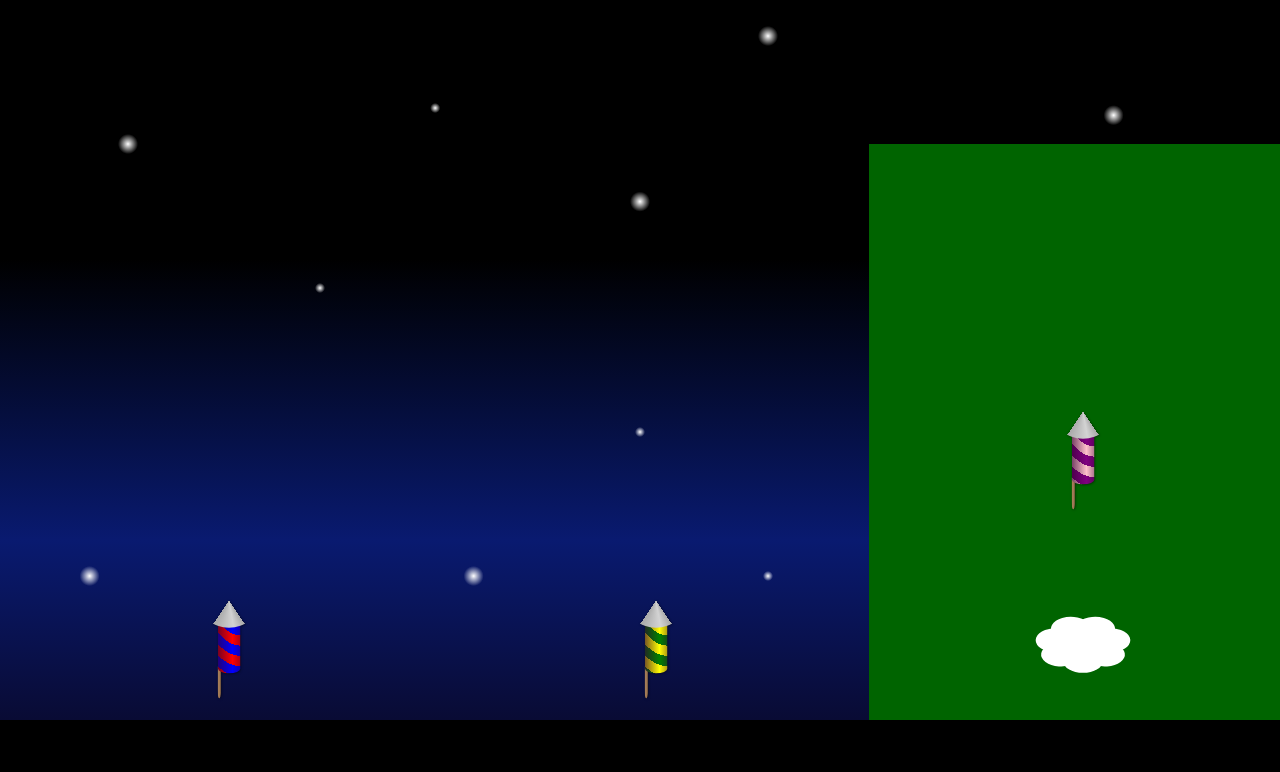
Repository: juliandecloe/CSS-To-The-Rescue---Julian-de-Cloe
Page: index.html
These files come from the project's save history. The page is drawn as it stood at one moment and after the next save; the edit follows.
The browser window is 1280 px wide. The pictures show the whole page.

Above is the page before, as saved 2022-03-10 17:32:47.

### index.html
<!DOCTYPE html>
<html lang="en">
	<head>
		<meta charset="UTF-8">
		<meta name="viewport" content="width=device-width, initial-scale=1.0">
		<title>The Anticlimax Fireworkshow!</title>
		<link rel="stylesheet" href="style.css">
	</head>
	<body>
		<input id="left" type="checkbox">
		<input id="middle" type="checkbox">
		<input id="right" type="checkbox">
		<main>
			<section>
				<label for="left">
					<figure></figure>
					<figure></figure>
					<figure></figure>
				</label>
				<ul>
					<li>
						<ul>
							<li></li>
							<li></li>
							<li></li>
							<li></li>
							<li></li>
						</ul>
					</li>
					<li>
						<ul>
							<li></li>
							<li></li>
							<li></li>
							<li></li>
							<li></li>
						</ul>
					</li>
					<li>
						<ul>
							<li></li>
							<li></li>
							<li></li>
							<li></li>
							<li></li>
						</ul>
					</li>
					<li>
						<ul>
							<li></li>
							<li></li>
							<li></li>
							<li></li>
							<li></li>
						</ul>
					</li>
					<li>
						<ul>
							<li></li>
							<li></li>
							<li></li>
							<li></li>
							<li></li>
						</ul>
					</li>
					<li>
						<ul>
							<li></li>
							<li></li>
							<li></li>
							<li></li>
							<li></li>
						</ul>
					</li>
					<li>
						<ul>
							<li></li>
							<li></li>
							<li></li>
							<li></li>
							<li></li>
						</ul>
					</li>
					<li>
						<ul>
							<li></li>
							<li></li>
							<li></li>
							<li></li>
							<li></li>
						</ul>
					</li>
					<li>
						<ul>
							<li></li>
							<li></li>
							<li></li>
							<li></li>
							<li></li>
						</ul>
					</li>
					<li>
						<ul>
							<li></li>
							<li></li>
							<li></li>
							<li></li>
							<li></li>
						</ul>
					</li>
					<li>
						<ul>
							<li></li>
							<li></li>
							<li></li>
							<li></li>
							<li></li>
						</ul>
					</li>
					<li>
						<ul>
							<li></li>
							<li></li>
							<li></li>
							<li></li>
							<li></li>
						</ul>
					</li>
				</ul>
			</section>
			<section>
				<label for="middle">
					<figure></figure>
					<figure></figure>
					<figure></figure>
				</label>
				<ul>
					<li>
						<ul>
							<li></li>
							<li></li>
							<li></li>
							<li></li>
							<li></li>
						</ul>
					</li>
					<li>
						<ul>
							<li></li>
							<li></li>
							<li></li>
							<li></li>
							<li></li>
						</ul>
					</li>
					<li>
						<ul>
							<li></li>
							<li></li>
							<li></li>
							<li></li>
							<li></li>
						</ul>
					</li>
					<li>
						<ul>
							<li></li>
							<li></li>
							<li></li>
							<li></li>
							<li></li>
						</ul>
					</li>
					<li>
						<ul>
							<li></li>
							<li></li>
							<li></li>
							<li></li>
							<li></li>
						</ul>
					</li>
					<li>
						<ul>
							<li></li>
							<li></li>
							<li></li>
							<li></li>
							<li></li>
						</ul>
					</li>
					<li>
						<ul>
							<li></li>
							<li></li>
							<li></li>
							<li></li>
							<li></li>
						</ul>
					</li>
					<li>
						<ul>
							<li></li>
							<li></li>
							<li></li>
							<li></li>
							<li></li>
						</ul>
					</li>
					<li>
						<ul>
							<li></li>
							<li></li>
							<li></li>
							<li></li>
							<li></li>
						</ul>
					</li>
					<li>
						<ul>
							<li></li>
							<li></li>
							<li></li>
							<li></li>
							<li></li>
						</ul>
					</li>
					<li>
						<ul>
							<li></li>
							<li></li>
							<li></li>
							<li></li>
							<li></li>
						</ul>
					</li>
					<li>
						<ul>
							<li></li>
							<li></li>
							<li></li>
							<li></li>
							<li></li>
						</ul>
					</li>
				</ul>
			</section>
			<section>
				<label for="right">
					<figure></figure>
					<figure></figure>
					<figure></figure>
				</label>
				<article>
					<ul>
						<li></li>
						<li></li>
						<li></li>
						<li></li>
						<li></li>
						<li></li>
						<li></li>
					</ul>
				</article>
			</section>
		</main>
	</body>
</html>

### style.css
/*========== GENERAL ==========*/

:root * {
	--hoekVar: calc(360deg / 12);
	--rotate: rotate(calc( var(--hoekVar) * var(--index) ));
	--hoekVar2: calc(360deg / 5);
	--rotate2: rotate(calc( var(--hoekVar2) * var(--index2) ));
	--star1: 5px;
	--star2: 3px;
}

@property --star1 {
	syntax: '<length>';
	inherits: false;
	initial-value: 0px;
}

@property --star2 {
	syntax: '<length>';
	inherits: false;
	initial-value: 0px;
}

* {
	padding: 0;
	margin: 0;
}

body, html {
	overflow: hidden;
}

html {
	background: linear-gradient(0deg, rgba(9,11,52,1) 0%, rgba(9,26,112,1) 25%, rgba(0,0,0,1) 64%, rgba(0,0,0,1) 100%);
}

@keyframes stars {
	0% {
		--star1: 5px;
	}
	100% {
		--star1: 10px;
	}
}

@keyframes stars2 {
	0% {
		--star2: 3px;
	}
	100% {
		--star2: 6px;
	}
}

body {
	background-position: center;
	background-image:
	radial-gradient(
		circle at
			10%
			20%,
		white,
		transparent var(--star1)
	),
	radial-gradient(
		circle at
			34%
			15%,
		white,
		transparent var(--star2)
	),
	radial-gradient(
		circle at
			50%
			60%,
		white,
		transparent var(--star2)
	),
	radial-gradient(
		circle at
			60%
			80%,
		white,
		transparent var(--star2)
	),
	radial-gradient(
		circle at
			25%
			40%,
		white,
		transparent var(--star2)
	),
	radial-gradient(
		circle at
			7%
			80%,
		white,
		transparent var(--star1)
	),
	radial-gradient(
		circle at
			87%
			16%,
		white,
		transparent var(--star1)
	),
	radial-gradient(
		circle at
			76%
			79%,
		white,
		transparent var(--star2)
	),
	radial-gradient(
		circle at
			90%
			90%,
		white,
		transparent var(--star1)
	),
	radial-gradient(
		circle at
			60%
			5%,
		white,
		transparent var(--star1)
	),
	radial-gradient(
		circle at
			72%
			32%,
		white,
		transparent var(--star2)
	),
	radial-gradient(
		circle at
			50%
			28%,
		white,
		transparent var(--star1)
	),
	radial-gradient(
		circle at
			37%
			80%,
		white,
		transparent var(--star1)
	),
	radial-gradient(
		circle at
			82%
			54%,
		white,
		transparent var(--star2)
	);
	animation:
	stars 1s linear alternate infinite,
	stars2 1.5s linear alternate infinite;
}

@media (prefers-reduced-motion) {
	body {
		animation-name: dissolve;
	}
}

main {
	display: flex;
	justify-content: center;
	align-items: end;
	width: 100vw;
	height: 100vh;
	padding-left: 1rem;
}

@media (max-width: 630px) {
	main {
		transform: scale(.5) translateY(50vh);
	}
}

section {
	display: grid;
	place-items: center;
	transition: 1s ease-out;
	width: 50vw;
}

@media (max-width: 630px) {
	section {
		width: 80vw;
	}
}

input {
	display: none;
}

/*========== FIRE ROCKET ==========*/

/*===== GENERAL =====*/

label {
	transform: scale(.3) translateY(50vh);
	z-index: 5;
	height: 350px;
	width: 120px;
	filter: drop-shadow(2px 2px 4px rgb(0,0,0,0.5));
	transition: 1s;
	cursor: pointer;
	animation: 1s
}

@media (max-width: 630px) {
	label {
		transform: scale(.5);
	}
}

section label > figure:first-child {
	border-radius: 50%;
	position: absolute;
	left: calc(50% - 55px);
	width: 110px;
	height: 130px;
	z-index: 3;
	clip-path: ellipse(90% 70% at center top);
	background-image:
		conic-gradient(
		at center top,
		transparent 146deg,
		darkgray 146deg,
		lightgray 170deg,
		darkgray 214deg,
		transparent 214deg
	);
}

section label figure:nth-child(2) {
	position: absolute;
	top: 83px;
	left: calc(50% - 37.5px);
	width: 75px;
	height: 160px;
	z-index: 2;
	background-size: 100% 100%, 600% 600%;
	background-position:left top, 40% -30%;
	border-radius: 0 0 50% 50% / 0 0 1em 1em;
}

section label > figure:nth-child(3) {
	position: absolute;
	background: #BA8C63;
	top: 220px;
	left: calc(50% - 37.5px);
	width: 10px;
	height: 110px;
	z-index: 1;
	box-shadow: inset -2px 0 8px rgb(0,0,0,0.5);
	clip-path: ellipse(10px 95px at 50% 10%);
}


/*===== COLOR ARROWS =====*/

section:first-child label figure:nth-child(2) {
	background-image:
		linear-gradient(
			to right,
			#303a 0%,
			transparent 65%,
			#3036 100%
		),
		repeating-radial-gradient(
			red 0 1em,
			blue 1em 2em
	);
}

section:nth-child(2) label figure:nth-child(2) {
	background-image:
		linear-gradient(
			to right,
			#303a 0%,
			transparent 65%,
			#3036 100%
		),
		repeating-radial-gradient(
			green 0 1em,
			yellow 1em 2em
		);
}

section:last-child label figure:nth-child(2) {
	background-image:
		linear-gradient(
			to right,
			#303a 0%,
			transparent 65%,
			#3036 100%
		),
		repeating-radial-gradient(
			pink 0 1em,
			purple 1em 2em
		);
}


/*========== FIRE WORK ==========*/

/*===== LAYER 1 =====*/

section > ul {
	list-style-type: none;
	position: absolute;
	width: 1rem;
	height: 1rem;
	display: grid;
	place-items: center;
	/* background-color: #ff4; */
}

section > ul > li {
	position: absolute;
	top: 50%;
	width: 40%;
	height: 1200%;
	transform-origin: center top;
	transform: var(--rotate);
	transition: .3s ease-out;
	transition-delay: 1s;
	display: flex;
	/* background-color: #f004; */
}

section:nth-child(2) > ul > li {
	position: absolute;
	top: 50%;
	width: 40%;
	height: 1200%;
	transform-origin: center top;
	transform: var(--rotate);
	transition: .3s ease-out;
	transition-delay: 1s;
	display: flex;
	/* background-color: #f004; */
}

section > ul > li::after {
	content: "";
	display: block;
	width: 100%;
	height: 50%;
	transition: .2s ease-out;
	transform-origin: center top;
	transform: scaleY(0);
	position: absolute;
}

/* Color */

section:first-child > ul > li::after {
	background-color: blue;
}

section:nth-child(2) > ul > li::after {
	background-color: green;
}

section:last-child > ul li::after {
	background-color: pink;
}


/*===== LAYER 2 =====*/

section > ul > li ul {
	list-style-type: none;
	position: relative;
	width: .5em;
	aspect-ratio: 1/1;
	align-self: end;
	display: grid;
	place-items: center;
	/* background-color: #f088; */
}

section:first-child > ul > li li {
	position: absolute;
	top: 50%;
	width: 25%;
	aspect-ratio: 1/8;
	background-color: #f00;
	transform-origin: center top;
	transform: var(--rotate2) scaleY(0);
	transition: .3s ease-out;
	transition-delay: 1.8s;
}

section:nth-child(2) > ul > li li {
	position: absolute;
	width: 30%;
	height: 1200%;
	background-color: yellow;
	transform-origin: center;
	transform: var(--rotate2) scaleY(1);
	transition: .5s ease-out;
	transition-delay: 1.5s;
	visibility: hidden;
}


/*========== INTERACTION ==========*/

/*===== GENERAL =====*/

section > ul > li:nth-of-type(1) { --index:1; }
section > ul > li:nth-of-type(2) { --index:2; }
section > ul > li:nth-of-type(3) { --index:3; }
section > ul > li:nth-of-type(4) { --index:4; }
section > ul > li:nth-of-type(5) { --index:5; }
section > ul > li:nth-of-type(6) { --index:6; }
section > ul > li:nth-of-type(7) { --index:7; }
section > ul > li:nth-of-type(8) { --index:8; }
section > ul > li:nth-of-type(9) { --index:9; }
section > ul > li:nth-of-type(10) { --index:10; }
section > ul > li:nth-of-type(11) { --index:11; }
section > ul > li:nth-of-type(12) { --index:12; }

ul > li li:nth-of-type(1) { --index2:1; }
ul > li li:nth-of-type(2) { --index2:2; }
ul > li li:nth-of-type(3) { --index2:3; }
ul > li li:nth-of-type(4) { --index2:4; }
ul > li li:nth-of-type(5) { --index2:5; }

/* Rocket */

input:first-child[type="checkbox"]:checked ~ main section:first-child, input:nth-child(2)[type="checkbox"]:checked ~ main section:nth-child(2) {
	transform: translateY(-50vh);
}

@media (max-width: 630px) {
	input:first-child[type="checkbox"]:checked ~ main section:first-child, input:nth-child(2)[type="checkbox"]:checked ~ main section:nth-child(2) {
		transform: translateY(-90vh);
	}
}

input:first-child[type="checkbox"]:checked ~ main section:first-child label, input:nth-child(2)[type="checkbox"]:checked ~ main section:nth-child(2) label {
	transform: scale(.5, .3);
	animation: explode 1s 1s ease-in forwards;
}

/* Explode 1 */

input:first-child[type="checkbox"]:checked ~ main section:first-child > ul > li, input:nth-child(2)[type="checkbox"]:checked ~ main section:nth-child(2) > ul > li {
	transform: var(--rotate) translateY(2em);
}

input:first-child[type="checkbox"]:checked ~ main section:first-child > ul > li::after, input:nth-child(2)[type="checkbox"]:checked ~ main section:nth-child(2) > ul > li::after {
	animation: after .3s 1s ease-out forwards;
}


/*===== ARROW 1 =====*/

input:first-child[type="checkbox"]:checked ~ main section:first-child > ul > li li {
	animation: lili .3s 1.5s ease-out forwards;
}

/*===== ARROW 2 =====*/

input:nth-child(2)[type="checkbox"]:checked ~ main section:nth-child(2) > ul > li li {
	visibility: visible;
	transform: var(--turn) scaleY(6) translateY(2em);
	opacity: 0;
}

/*===== ARROW 3 =====*/

input:nth-child(3)[type="checkbox"]:checked ~ main section:last-child {
	transform: translateY(-50vh);
}

input:nth-child(3)[type="checkbox"]:checked ~ main article label {
	animation: huge .8s 1s ease-out forwards;
}

/*========== ANIMATIONS ==========*/

@keyframes huge {
	0% {
		transform: scaleY(0);
	}
	99% {
		transform: translateY(200%) scaleY(0);
		opacity: 0;
	}
	100% {
		transform: translateY(0) scaleY(0);
		opacity: 1;
	}
}

@keyframes explode {
	0% {
		visibility: hidden;
	}
	99% {
		visibility: hidden;
	}
	100% {
		transform: translateY(65vh) scale(.3);
		visibility: visible;
	}
}

@keyframes after {
	0% {
		transform: scaleY(0);
	}
	33% {
		transform: scaleY(1) ;
	}
	67% {
		transform: translateY(100%) scaleY(1) ;
	}
	99% {
		transform: translateY(200%) scaleY(0) ;
	}
	100% {
		transform: translateY(0) scaleY(0) ;
	}
}

@keyframes lili {
	0% {
		transform: var(--rotate2) translateY(0) scaleY(0);
	}
	50% {
		transform: var(--rotate2) translateY(0) scaleY(3);
	}
	99% {
		transform: var(--rotate2) translateY(400%) scaleY(0);
	}
	100% {
		transform: var(--rotate2) translateY(0) scaleY(0);
	}
}



/*========== CLOUDS ==========*/

section:last-child li:nth-of-type(1) { --index3:1; }
section:last-child li:nth-of-type(2) { --index3:2; }
section:last-child li:nth-of-type(3) { --index3:3; }
section:last-child li:nth-of-type(4) { --index3:4; }
section:last-child li:nth-of-type(5) { --index3:5; }
section:last-child li:nth-of-type(6) { --index3:6; }
section:last-child li:nth-of-type(7) { --index3:7; }

section:last-child {
	top: 10vh;
	background-color: darkgreen;
	width: 50vw;
	height: 80vh;
}

article ul {
	position: relative;
	list-style-type: none;
	width: 5rem;
	aspect-ratio: 1/1;
	display: grid;
	place-items: center;
	background: white;
	border-radius: 50%;
	transform: scale(.5, .3)
}

article li {
	--hoekVar3: calc(360deg / 7);
	--rotate3: rotate(calc( var(--hoekVar3) * var(--index3) ));
	position: absolute;
	top: 50%;
	border-radius: 50%;
	background-color: white !important;
	width: 5rem;
	height: 5rem;
	/* border: 1px solid black; */
	transform-origin: center top;
	transform: var(--rotate3) translateY(1rem);
}

/* article li:first-child {
	top: 5px;
	left: 100px;
}

article li:nth-child(2) {
	top: 100px;
	left: 10px;
}

article li:nth-child(3) {
	top: 5px;
	left: 50px;
}

article li:nth-child(4) {
	top: 20px;
	left: 80px;
}

article li:nth-child(5) {
	top: 120px;
	left: 65px;
}

article li:nth-child(6) {
	top: 45px;
	left: 60px;
}

article li:last-child {
	top: 80px;
	left: 100px;
} */

After the next save:
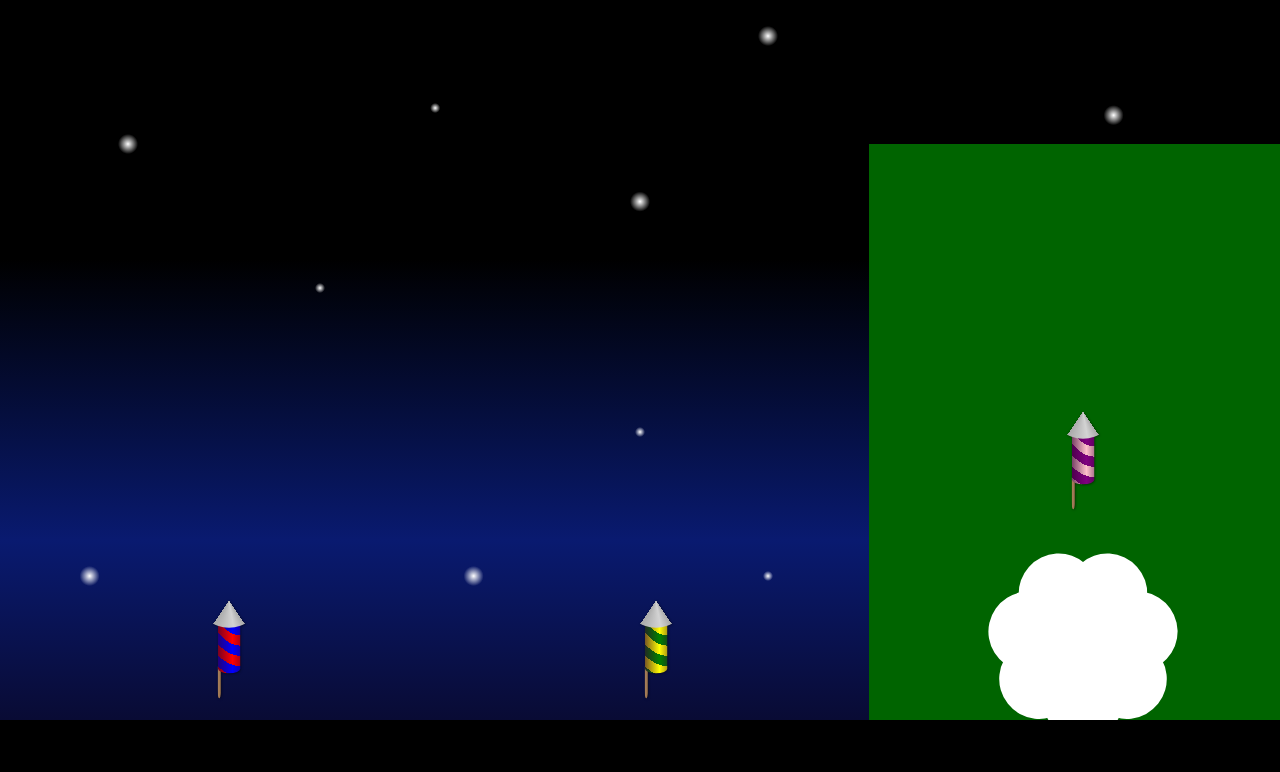
Saved 13 s later.
--- a/style.css
+++ b/style.css
@@ -575,7 +575,6 @@ article ul {
 	place-items: center;
 	background: white;
 	border-radius: 50%;
-	transform: scale(.5, .3)
 }
 
 article li {
